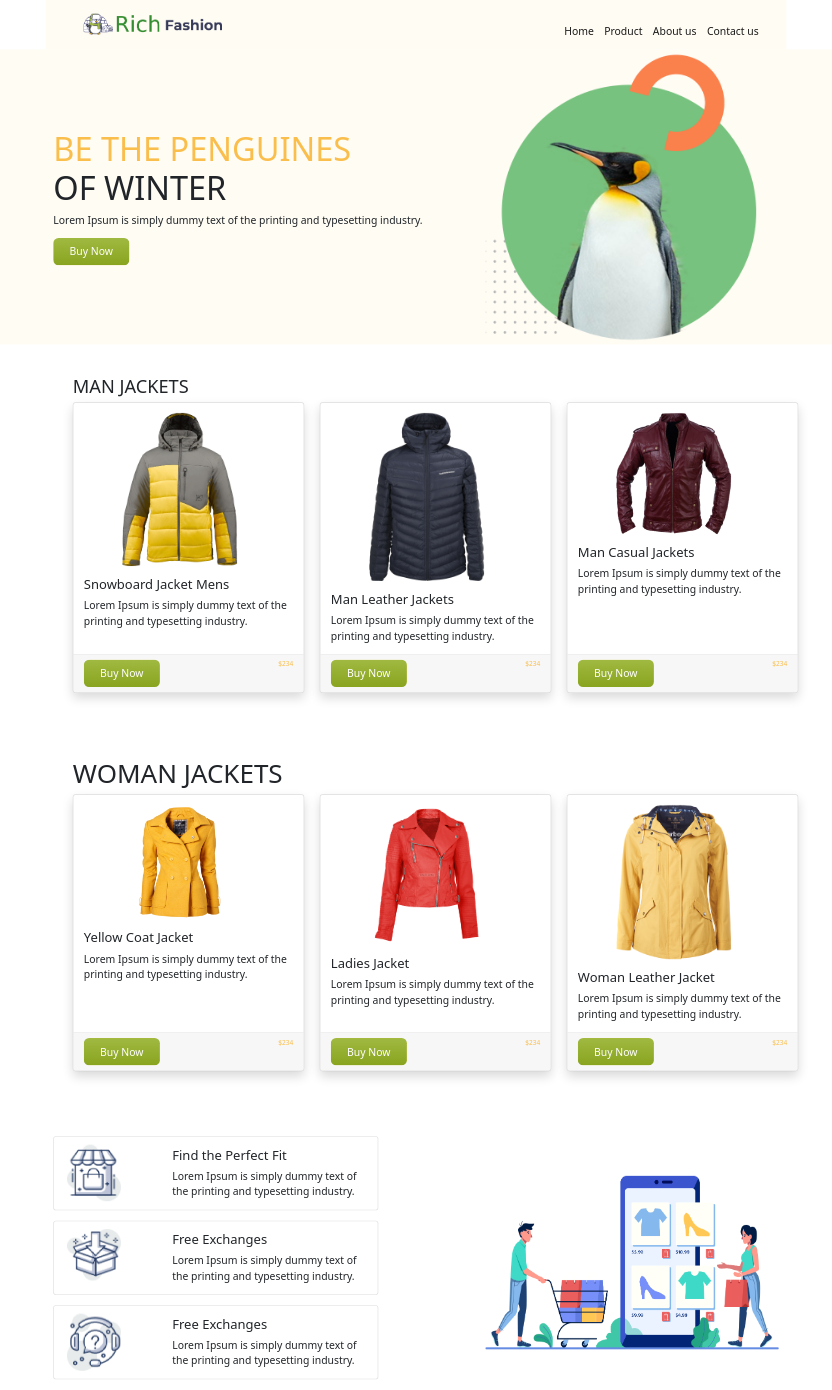
Repository: sabbircse3/fashion
Page: index.html
These files come from the project's save history. The page is drawn as it stood at one moment and after a run of saves; the edit follows.
The browser window is 1280 px wide. The pictures show the whole page, at 65% of full size.

Above is the page before, as saved 2021-01-14 04:15:58.

### index.html
<!DOCTYPE html>
<html lang="en">
<head>
    <meta charset="UTF-8">
    <meta name="viewport" content="width=device-width, initial-scale=1.0">
    <title>Rich Fashion</title>

    <link rel="stylesheet" href="css/bootstrap.min.css">
    <style>
        .bg{
            background-color: #fffbf0be;
        }
        #hmenu{
            margin: 20px 0px 0px 500px;
        }
        .half-width{
            width: 35%;
            float: left;
            margin-left: 9%;
            padding-left: 2%;
        }
        .half-width h1{
            margin-top: 150px;
        }
        .half-width img{
            width: 100%;
        }

        h1{
            font-size: 50px;
        }
        h2{
            font-size: 40px;
        }
        .name-highlight{
            color: #FABE4C;
        }
        .names{
            margin:0px 0px 100px 100px;
            position: relative;
            background-color: white;
        }
        .secound{


        }
        .secound-img{
            image-orientation: inherit;

        }
        .h-100 {
    height: 100%!important;
}
.center{
    display: block;
    margin-left:75px;
    margin-top: 15px;
    width: 50%;
}
.img-card-icon{
    margin-left: 20px;
    width: 50%;
    margin-top: 12px;
}
.btn{
    background-image: linear-gradient(to bottom, #A0B941 0%, #89A41F 100%);
    color: #fff;
    border: none;
    border-radius: 8px;
    padding: 9px 25px;
    cursor: pointer;
}
h4{
    position: relative;
    float: right;
    font-size: 10px;
    color: #FABE4C;
}

    </style>
</head>
<body>
    <header class="container bg">

        <nav class="navbar navbar-expand-lg navbar-light ">
            <div class="container-fluid">

              <a class="navbar-brand" href="#"><img src="images/Group 33072.png" alt="" width="250px"></a>

              <button class="navbar-toggler" type="button" data-bs-toggle="collapse" data-bs-target="#navbarNavAltMarkup" aria-controls="navbarNavAltMarkup" aria-expanded="false" aria-label="Toggle navigation">
                <span class="navbar-toggler-icon"></span>
              </button>

              <div class="collapse navbar-collapse hmenu"navbarNavAltMarkup">

                <div  class="navbar-nav" id="hmenu" >
                  <a class="nav-link active" aria-current="page" href="#">Home</a>
                  <a class="nav-link active" href="#">Product</a>
                  <a class="nav-link active" href="#">About us</a>
                  <a class="nav-link active" href="#" tabindex="-1" aria-disabled="true">Contact us</a>
                </div>
              </div>
            </div>
          </nav>
    </header>


    <section class="bg">
    <div class="container ">
        <div id="carouselExampleControls" class="carousel slide orange-bg" data-ride="carousel">
            <div class="carousel-inner">
              <div class="carousel-item active">
                <div class="row align-items-center">
                    <div class="col-md-7">
                        <h1><span class="name-highlight">BE THE PENGUINES <br></span>OF WINTER</h1>
                        <p>Lorem Ipsum is simply dummy text of the printing and typesetting industry.</p>
                        <button class="btn btn-warning">Buy Now</button>
                    </div>
                    <div class="col-md-5">
                        <img src="images/penguin.png" class="d-block w-100" alt="...">
                    </div>
                </div>



            </div>

          </div>
    </div>
</section>

    <section class="mt-5 names container">
        <h3>MAN JACKETS</h3>
        <div class="row row-cols-1 row-cols-md-3 g-4">
            <div class="col">
                <div class="card h-100 shadow">
                    <img src="images/image 11.png" class="card-img-top center" alt="...">
                    <div class="card-body">
                        <h5 class="card-title">Snowboard Jacket Mens</h5>
                        <p class="card-text">Lorem Ipsum is simply dummy text of the printing and typesetting industry.</p>
                    </div>
                    <div class="card-footer">
                        <h4>$234</h4>
                        <button class="btn btn-warning">Buy Now</button>
                    </div>
                </div>
            </div>
            <div class="col">
                <div class="card h-100 shadow">
                    <img src="images/toppng 1.png" class="card-img-top center" alt="...">
                    <div class="card-body">
                        <h5 class="card-title">Man Leather Jackets</h5>
                        <p class="card-text">Lorem Ipsum is simply dummy text of the printing and typesetting industry.</p>
                    </div>
                    <div class="card-footer">
                        <h4>$234</h4>
                        <button class="btn btn-warning">Buy Now</button>
                    </div>
                </div>
            </div>
            <div class="col">
                <div class="card h-100 shadow">
                    <img src="images/vippng 1.png" class="card-img-top center" alt="...">
                    <div class="card-body">
                        <h5 class="card-title">Man Casual Jackets</h5>
                        <p class="card-text">Lorem Ipsum is simply dummy text of the printing and typesetting industry.</p>
                    </div>
                    <div class="card-footer">
                        <h4>$234</h4>
                        <button class="btn btn-warning">Buy Now</button>
                    </div>
                </div>
            </div>
        </div>
    </section>

    <section class="mt-5 names container">
        <h2>WOMAN JACKETS</h2>
        <div class="row row-cols-1 row-cols-md-3 g-4">
            <div class="col">
                <div class="card h-100 shadow">
                    <img src="images/SeekPng 1.png" class="card-img-top center" alt="...">
                    <div class="card-body">
                        <h5 class="card-title">Yellow Coat Jacket</h5>
                        <p class="card-text">Lorem Ipsum is simply dummy text of the printing and typesetting industry.</p>
                    </div>
                    <div class="card-footer">
                        <h4>$234</h4>
                        <button class="btn btn-warning">Buy Now</button>
                    </div>
                </div>
            </div>
            <div class="col">
                <div class="card h-100 shadow">
                    <img src="images/image 15.png" class="card-img-top center" alt="...">
                    <div class="card-body">
                        <h5 class="card-title">Ladies Jacket</h5>
                        <p class="card-text">Lorem Ipsum is simply dummy text of the printing and typesetting industry.</p>
                    </div>
                    <div class="card-footer">
                        <h4>$234</h4>
                        <button class="btn btn-warning">Buy Now</button>
                    </div>
                </div>
            </div>
            <div class="col">
                <div class="card h-100 shadow">
                    <img src="images/PngItem_2597366 1.png" class="card-img-top center" alt="...">
                    <div class="card-body">
                        <h5 class="card-title">Woman Leather Jacket</h5>
                        <p class="card-text">Lorem Ipsum is simply dummy text of the printing and typesetting industry.</p>
                    </div>
                    <div class="card-footer">
                        <h4>$234</h4>
                        <button class="btn btn-warning">Buy Now</button>
                    </div>
                </div>
            </div>
        </div>
    </section>

    <section>
        <div class="container ">
            <div id="carouselExampleControls" class="carousel slide orange-bg" data-ride="carousel">
                <div class="carousel-inner">
                  <div class="carousel-item active">
                    <div class="row align-items-center">
                        <div class="col-md-7">
                            <div class="card mb-3" style="max-width: 500px;">
                                <div class="row g-0">
                                  <div class="col-md-4">
                                    <img src="images/image 12.png" alt="..." width="80px" class="img-card-icon">
                                  </div>
                                  <div class="col-md-8">
                                    <div class="card-body">
                                      <h5 class="card-title">Find the Perfect Fit
                                    </h5>
                                      <p class="card-text">Lorem Ipsum is simply dummy text of the printing and typesetting industry.</p>

                                    </div>
                                  </div>
                                </div>
                              </div>
                              <div class="card mb-3" style="max-width: 500px;">
                                <div class="row g-0">
                                  <div class="col-md-4">
                                    <img src="images/image 13.png" alt="..." width="80px" class="img-card-icon">
                                  </div>
                                  <div class="col-md-8">
                                    <div class="card-body">
                                      <h5 class="card-title">Free Exchanges</h5>
                                      <p class="card-text">Lorem Ipsum is simply dummy text of the printing and typesetting industry.</p>
                                    </div>
                                  </div>
                                </div>
                              </div>
                              <div class="card mb-3" style="max-width: 500px;">
                                <div class="row g-0">
                                  <div class="col-md-4">
                                    <img src="images/image 14.png" alt="..." width="80px" class="img-card-icon">
                                  </div>
                                  <div class="col-md-8">
                                    <div class="card-body">
                                      <h5 class="card-title">Free Exchanges</h5>
                                      <p class="card-text">Lorem Ipsum is simply dummy text of the printing and typesetting industry.</p>

                                    </div>
                                  </div>
                                </div>
                              </div>
                        </div>
                        <div class="col-md-5">
                            <img src="images/XMLID 1.png" class="d-block w-100" alt="...">
                        </div>
                    </div>
                </div>
              </div>
        </div>
    </section>

    <script src="js/bootstrap.min.js"></script>
</body>
</html>

Loaded but not shown: css/bootstrap.min.css (library); js/bootstrap.min.js (library)

After the next 2 saves:
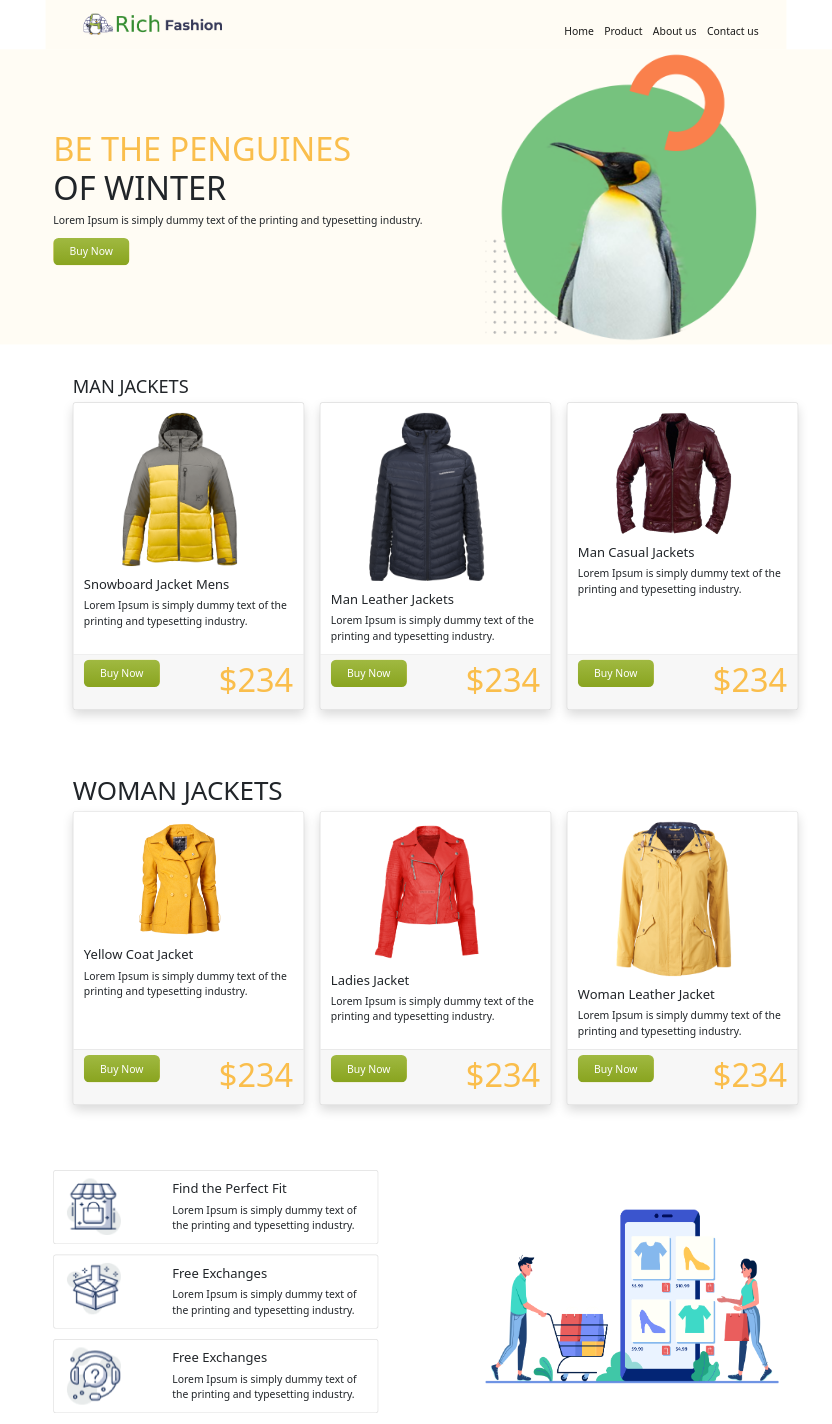
The 2 saves are shown as one change because they came seconds apart.
The last was saved 6 s later.
--- a/index.html
+++ b/index.html
@@ -73,7 +73,7 @@
 h4{
     position: relative;
     float: right;
-    font-size: 10px;
+    font-size: 50px;
     color: #FABE4C;
 }
 
